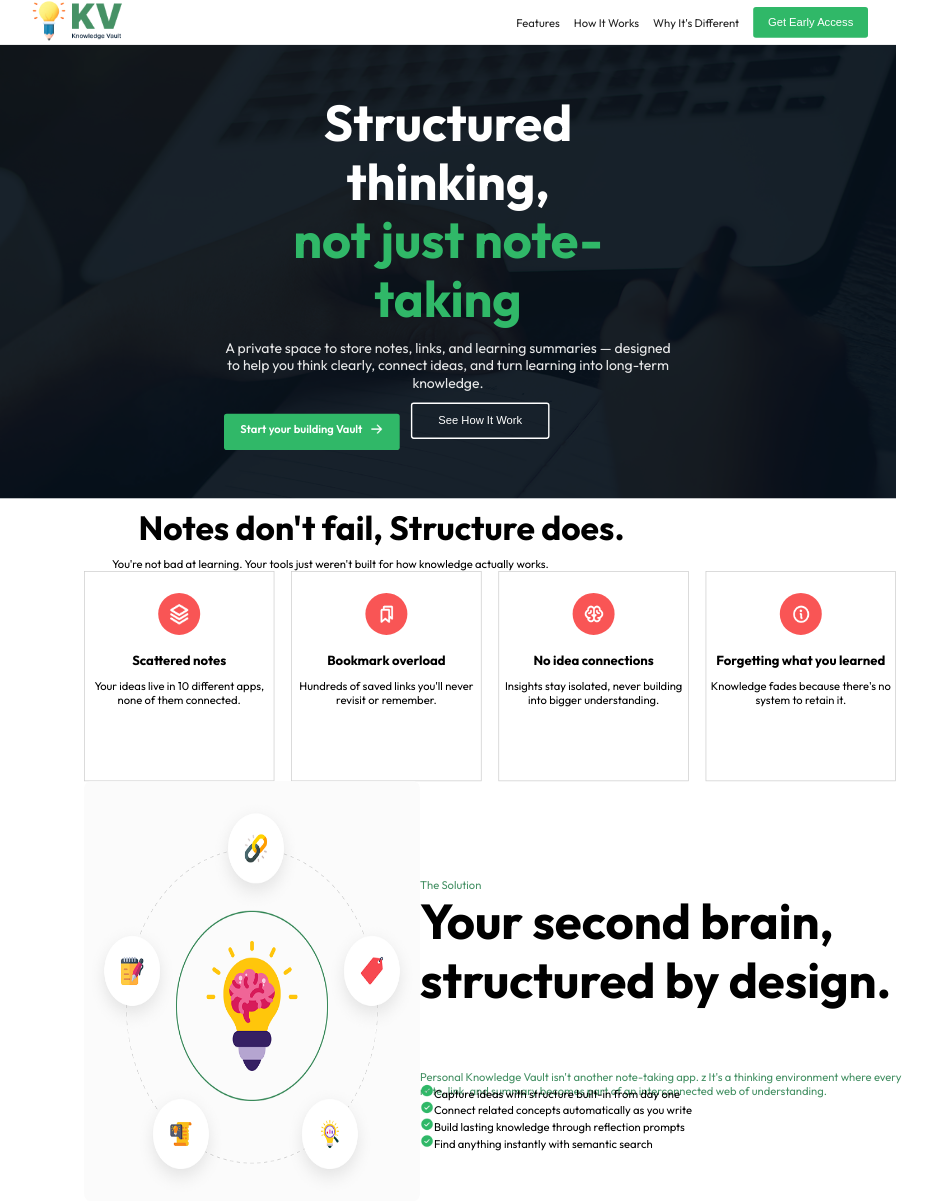
Repository: tanimtanzilislam/Assignment1-PH
Page: index.html
These files come from the project's save history. The page is drawn as it stood at one moment and after the next save; the edit follows.
The browser window is 1280 px wide. The page is 1360 px wide, so the pictures cover 1360 px, including what lies to the right of the window. The pictures show the whole page, at 70% of full size.

Above is the page before, as saved 2026-01-20 00:26:33.

### index.html
<!DOCTYPE html>
<html lang="en">
<head>
    <meta charset="UTF-8">
    <meta name="viewport" content="width=device-width, initial-scale=1.0">
    <title>Assignment 1</title>

    <link rel="stylesheet" href="./style.css">


    <link rel="preconnect" href="https://fonts.googleapis.com">
    <link rel="preconnect" href="https://fonts.gstatic.com" crossorigin>
    <link href="https://fonts.googleapis.com/css2?family=Outfit:wght@100..900&display=swap" rel="stylesheet">
    <link rel="stylesheet" href="https://cdnjs.cloudflare.com/ajax/libs/font-awesome/6.5.1/css/all.min.css">


</head>

<body class="font-inter">

<header>

    <nav class="navbar">
        <div class="logo-navbar">
            <img src="./assets/logo-navbar.png" alt="Logo">
        </div>

        <ul class="nav-list">
            <li><a href="#">Features</a></li>
            <li><a href="#">How It Works</a></li>
            <li><a href="#">Why It's Different</a></li>
            <li><button class="nav-button">Get Early Access</button></li>
        </ul>
    </nav>


    <section id="banner">
        <img src="./assets/hero-bg.png" alt="Background" class="bg-img">

        <div class="banner-content">
            <h1>Structured thinking,</h1>
            <h1 class="banner-content-col">not just note-taking</h1>
            <p>A private space to store notes, links, and learning summaries — designed to
help you think clearly, connect ideas, and turn learning into long-term knowledge.</p>

<div class="button-group">
<button class="banner-btn">
    <span class="txtbtn">Start your building Vault</span>
    <img src="./assets/ArrowRight.png" alt="" class="arrow">
</button>


<button class="transparent-button">See How It Work</button>

</div>

</div>
    </section>
</header>


<div class="poster">
    <h1>Notes don't fail, Structure does.</h1>
  <div><p>You're not bad at learning. Your tools just weren't built for how knowledge actually works.</p></div>
</div>







<div class="card-container">
    <div class="card">
        <div class="ellipse-shape">
            <img src="./assets/Vector.png" alt="" class="icon-img">
        </div>
        <h3>Scattered notes</h3>
        <p>Your ideas live in 10 different apps, none of them connected.</p>
    </div>

    <div class="card">
        <div class="ellipse-shape">
             <img src="./assets/Bookmarks.png" alt="" class="icon-img">
        </div>
        <h3>Bookmark overload</h3>
        <p>Hundreds of saved links you'll never revisit or remember.</p>
    </div>

    <div class="card">
        <div class="ellipse-shape">
           <img src="./assets/Brain.png" alt="" class="icon-img">
        </div>
        <h3>No idea connections</h3>
        <p>Insights stay isolated, never building into bigger understanding.</p>
    </div>

     <div class="card">
        <div class="ellipse-shape">
             <img src="./assets/Info.png" alt="" class="icon-img">
        </div>
        <h3>Forgetting what
you learned</h3>
        <p>Knowledge fades because there's no system to retain it.</p>
    </div>
</div>


<div class="App">

<img src="./assets/knowledge.png" alt="" class="App-img">
<div class="content">
<div class="soln">
    <p >The Solution</p>
    <h1>Your second brain,
structured by design.</h1>
<p class="para">Personal Knowledge Vault isn't another note-taking app. z It's a thinking environment where every note, link, and summary becomes part of an interconnected web of understanding.</p>
</div>
<div class="list">


        <p> <img src="./assets/CheckCircle.png" alt="">Capture ideas with structure built-in from day one </p>
        <p ><img src="./assets/CheckCircle.png" alt="">Connect related concepts automatically as you write</p>
        <p><img src="./assets/CheckCircle.png" alt="">Build lasting knowledge through reflection prompts</p>
        <p><img src="./assets/CheckCircle.png" alt="">Find anything instantly with semantic search</p>

</div>

</div>


</div>


<div  class="ready">


</div>



</body>
</html>

### style.css
*{
    margin: 0;
    padding: 0;
    box-sizing: border-box;
}

.font-inter{
    font-family: "Outfit", sans-serif;
}

/* NAVBAR */
.navbar{
    max-width: 1200px;
    height: 64px;
    margin: 0 auto;
    display: flex;
    justify-content: space-between;
    align-items: center;
}

.logo-navbar img{
    width: 139px;
    height: auto;
}

.nav-list{
    display: flex;
    list-style: none;
    gap: 20px;
    align-items: center;
}

.nav-list a{
    text-decoration: none;
    color: #222;
    font-size: 16px;
}

.nav-button{
    width: 164px;
    height: 44px;
    color: white;
    background-color: #30B868;
    border-radius: 4px;
    border: none;
    font-size: 16px;
    cursor: pointer;
}

/* BANNER */
#banner{
    position: relative;
    height: 90vh;
    overflow: hidden;
}

.bg-img{
    width: 100%;
    height: 100%;
    object-fit: cover;
}

/* overlay */
#banner::before{
    content: "";
    position: absolute;
    inset: 0;
    background: rgba(0,0,0,0.5);
}

/* TEXT ON IMAGE */
.banner-content{
    position: absolute;
    top: 50%;
    left: 50%;
    transform: translate(-50%, -50%);
    color: white;
    text-align: center;
    max-width: 770px;
}

.banner-content h1{
    font-size: 72px;
    font-weight: 700;
    line-height: 84px;
}

.banner-content p{
    font-size: 20px;
    margin-top: 15px;
    opacity: 0.9;
}


.banner-content-col{
    color:#30B868
}
.banner-btn{
    width: 251px;
    height: 52px;
    border-radius: 4px;         /* correct */
    padding: 4px 16px 12px 16px;
    margin-top: 32px;
    gap: 10px;
    background-color: #30B868;
    display: flex;
    align-items: center;        /* vertically center */
    justify-content: center;
    cursor: pointer;
    border: none;
}

.txtbtn{
    color: white;
    font-family: "Outfit", sans-serif; /* or inter */
    font-weight: 600;
    font-size: 16px;
}

.arrow{
    width: 18px;
    height: 18px;
}

.transparent-button{
    background: transparent;
    border: 2px solid white;     /* button visible রাখতে */
    color: white;
    width: 198px;
    height: 52px;
    border-radius: 4px;          /* correct */
    font-size: 16px;
    cursor: pointer;

    display: flex;
    align-items: center;
    justify-content: center;
}


.arrow{
    width:20px;
    height:20px;
}

.poster h1{
    position: relative;


    color:black;
    text-align: center;
    max-width: 770px;
    font-size: 48px;
    font-weight: 700;
    line-height: 84px;
}


.button-group{
    display: flex;
    gap: 16px;
    align-items: center;
}

.poster{
    max-width: 1200px;
    margin: 0 auto;
    padding:0 120px;
    align-items:center;
}

.card-container{

    display:flex;
    justify-content: center;
    gap:24px;
    border-color:8px;
    padding-left: 120px;
}
.card{
    display: flex;
     width: 322px;
    height: 300px;
     align-items: center;      /* horizontally center */
    border: 1px solid #ccc; /* border */
    box-sizing: border-box;
     /* Add this */
    display: flex;
    flex-direction: column;
    align-items: center;      /* horizontally center */
    text-align: center;       /* text center */
    padding-top: 20px;
    gap: 14px;

}
.card h3{

    font:inter;
    weight: 600px;
    style:semibold;
    align-items: center;
}
.ellipse-shape {
    width: 60px;
    height: 60px; /* Or equal for circle */
    background-color: #F95555;
    border-radius: 50%; /* Makes it elliptical/circular */
    margin: 10px auto; /* Center it */
      display: flex;
    justify-content: center;      /* horizontal center */
    align-items: center;
}
.icon-img{
    width:27.01px;
    height: 29px;
    Top:1.5px;
    Left:2.49px;
    align-items:center;
}
.App{
    display: flex;

}
.App-img{
    width:600px;
    height: 600px;
    radius:12px;
    padding-left:120px;
}
.soln p{
   color:#469165;
   width: 700px;
   height:20px;
   margin-top:138px;
   margin-right:60px;
}
.soln h1{
    width:700px;
    height:116px;
    font:inter;
    weight:700;
    style:bold;
    size:48px;
    line-height: 100%;

    font-size: 70px;
    font-weight: 700;
    line-height: 84px;
    margin-bottom: 0px;
}
.para{
    margin-top:16px;
}
.content{
    display: flex;
    flex-direction: column;
}


@media (max-width: 768px){
    .banner-content h1{
        font-size: 42px;
        line-height: 52px;
    }
}

After the next save:
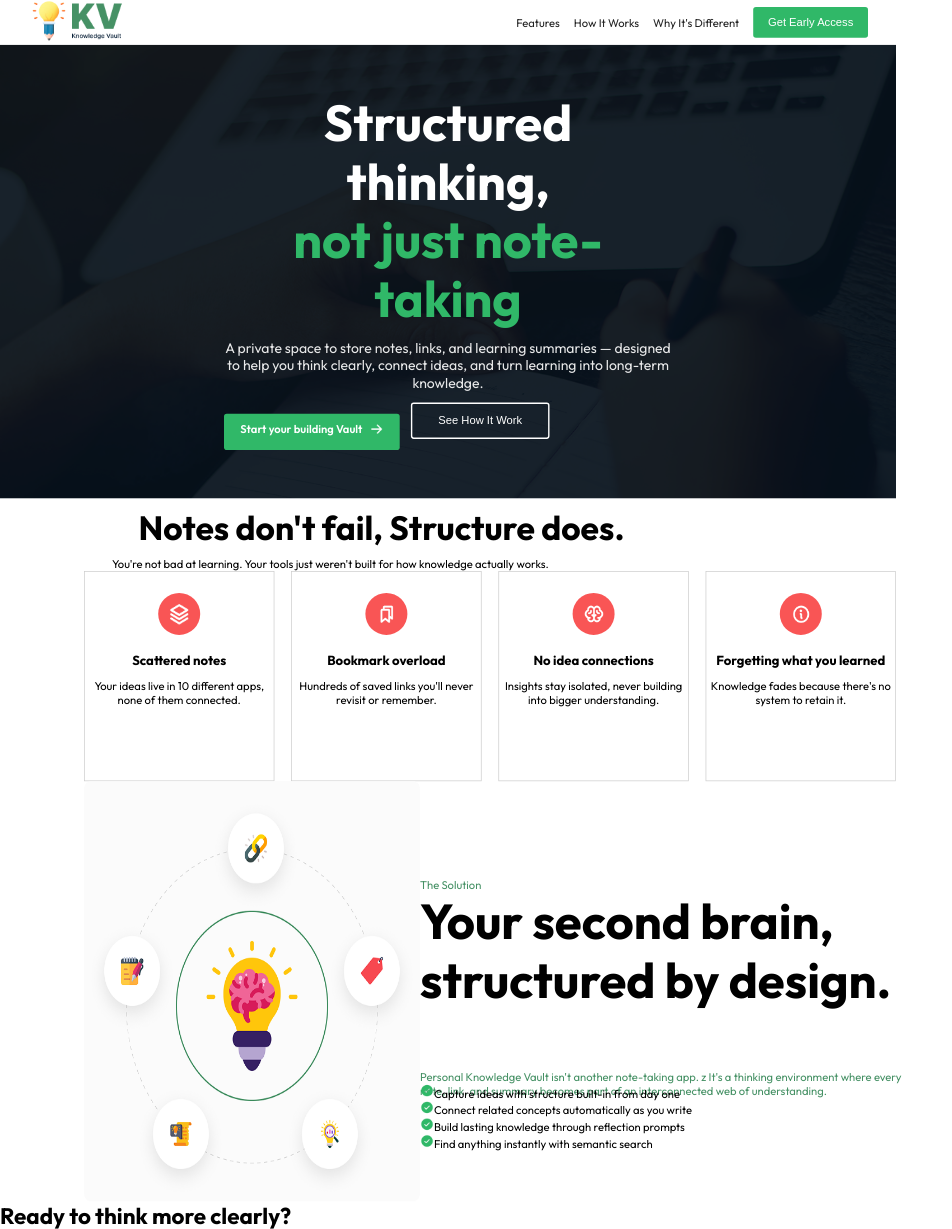
Saved 13 s later.
--- a/index.html
+++ b/index.html
@@ -133,7 +133,7 @@ structured by design.</h1>
 
 
 <div  class="ready">
-
+    <h1> Ready to think more clearly?</h1>
 
 </div>
 
